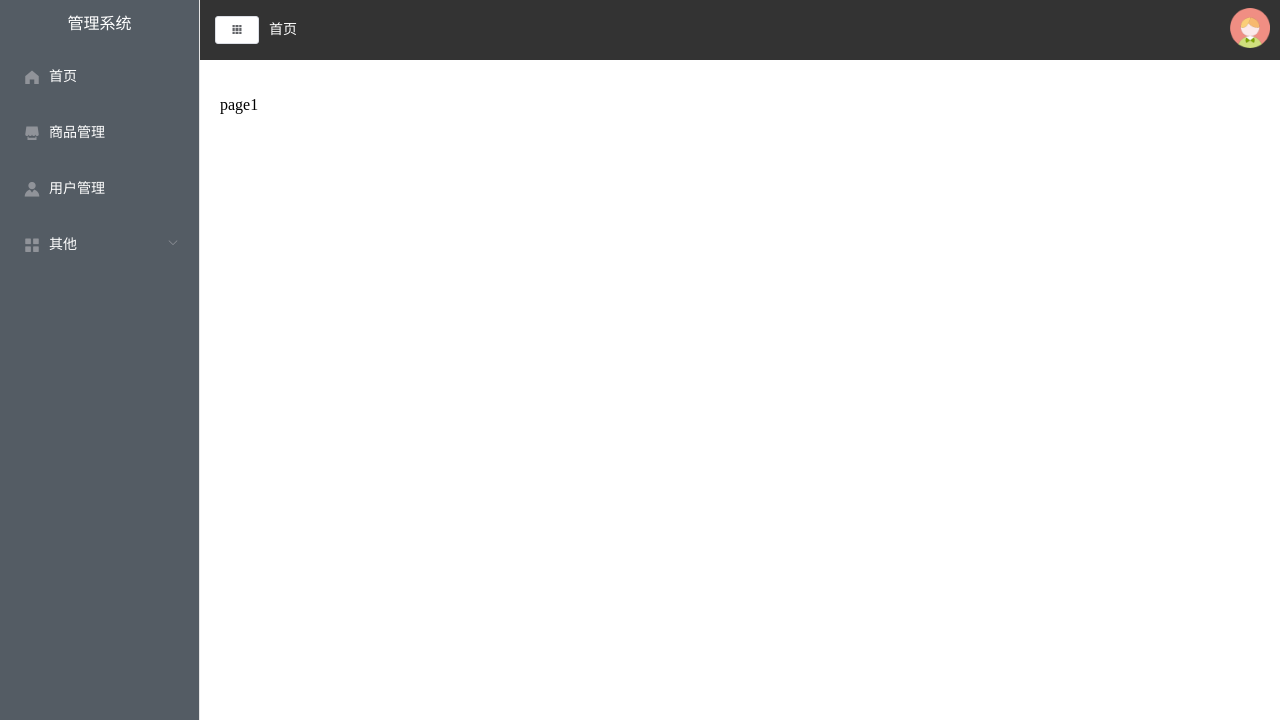
Repository: tkqi/manage
Page: /#/page1
An editor plug-in stored every save of this project. The page is shown before and after a run of saves, followed by the edit.
The browser window is 1280 px wide. The pictures show the whole page.
The project was rebuilt for these pictures with package versions that can differ from the ones it lists, and the page was loaded fresh each time. Also part of the build but not shown: vue.config.js.

Above is the page before, as saved 2023-12-01 16:13:37.

### src/main.js
import Vue from 'vue'
import App from './App.vue'
import router from './router'
import store from './store'
import ElementUI from 'element-ui';
import 'element-ui/lib/theme-chalk/index.css';

Vue.config.productionTip = false
Vue.use(ElementUI);

new Vue({
  router,
  store,
  render: h => h(App)
}).$mount('#app')

### src/App.vue
<template>
  <div id="app">
    <!-- 路由出口 -->
    <router-view />
  </div>
</template>

<script>
export default {
  name: 'App'
}
</script>

<style lang="less">
html,
body,
h3 {
  margin: 0;
  padding: 0;
}
</style>

### src/router/index.js
import Vue from 'vue'
import VueRouter from 'vue-router'
import routes from './routes'
Vue.use(VueRouter)


const router = new VueRouter({
  routes: routes
})

// 暴露router实例
export default router

### src/router/routes.js
export default [
    // 主路由
    {
        path: '/',
        component: () => import('../views/Main.vue'),
        redirect:'/home',// 重定向
        // 子路由
        children: [
            {
                // 首页
                path: '/home',
                // 路由组件懒加载
                component: () => import('../views/Home.vue')
            },
            {
                // 用户管理
                path: '/user',
                component: () => import('../views/User.vue')
            },
            {
                // 商品管理
                path: '/mall',
                component: () => import('../views/Mall.vue')
            },
            {
                // 其他/页面1
                path: '/page1',
                component: () => import('../views/Page1.vue')
            },
            {
                // 其他/页面2
                path: '/page2',
                component: () => import('../views/Page2.vue')
            },
        ]
    },
    {
        path: '/home',
        // 路由组件懒加载
        component: () => import('../views/Home.vue')
    },
    {
        path: '/user',
        component: () => import('../views/User.vue')
    }
]

### src/views/Main.vue
<!-- eslint-disable vue/multi-word-component-names -->
<template>
    <div>
        <el-container>
            <el-aside width="200px">
                <sidebar />
            </el-aside>
            <el-container>
                <el-header><topbar/></el-header>
                <el-main><router-view /></el-main>
            </el-container>
        </el-container>

    </div>
</template>

<script>
import sidebar from '../components/sidebar.vue'
import topbar from '../components/topbar.vue';
export default {
    components: {
        sidebar,
        topbar
    }
}
</script>

<style lang="less" scoped>
.el-header {
    padding: 0;
    margin: 0;
}
</style>

### src/views/Page1.vue
<!-- eslint-disable vue/multi-word-component-names -->
<template>
    <div>
        <p>page1</p>
    </div>
</template>

<script>

</script>

### src/components/sidebar.vue
<!-- eslint-disable vue/multi-word-component-names -->
<template>
    <el-menu class="menu" @open="handleOpen" @close="handleClose" :collapse="isCollapse" background-color="#545c64"
        text-color="#fff" active-text-color="#ffd04b" collapse-transition="true" unique-opened="true">
        <h3>管理系统</h3>
        <el-menu-item v-for="item in noChildren" :key="item.name" :index="item.name" @click="clickMenu(item)">
            <i :class="`el-icon-${item.icon}`"></i>
            <span slot="title">{{ item.label }}</span>
        </el-menu-item>
        <el-submenu v-for="item in hasChildren" :key="item.label" :index="item.label">
            <template slot="title">
                <i :class="`el-icon-${item.icon}`"></i>
                <span slot="title">{{ item.label }}</span>
            </template>
            <el-menu-item-group v-for="subitem in item.children" :key="subitem.name">
                <el-menu-item :index="subitem.name" @click="clickSubmenu(subitem)">
                    <!-- <template slot="title"> -->
                    <i :class="`el-icon-${subitem.icon}`"></i>
                    <span slot="title">{{ subitem.name }}</span>
                    <!-- </template> -->
                </el-menu-item>
            </el-menu-item-group>
        </el-submenu>
    </el-menu>
</template>

<script>
export default {
    computed: {
        // 无子菜单
        noChildren() {
            return this.menuData.filter(o => !o.children);
        },
        // 有子菜单
        hasChildren() {
            return this.menuData.filter(o => o.children);
        }
    },
    data() {
        return {
            isCollapse: false,
            menuData: [
                {
                    path: '/',
                    name: 'home',
                    label: "首页",
                    icon: 's-home',
                    url: 'Home/Home'
                },
                {
                    path: '/mall',
                    name: 'mall',
                    label: "商品管理",
                    icon: 's-shop',
                    url: 'MallManage/MallManage'
                },
                {
                    path: '/user',
                    name: 'user',
                    label: "用户管理",
                    icon: 's-custom',
                    url: 'UserManage/UserManage'
                },
                {
                    label: '其他',
                    icon: 'menu',
                    children: [
                        {
                            path: '/page1',
                            name: 'page1',
                            label: "页面1",
                            icon: 's-claim',
                            url: 'Other/PageOne'
                        },
                        {
                            path: '/page2',
                            name: 'page2',
                            label: "页面2",
                            icon: 's-claim',
                            url: 'Other/PageTwo'
                        },
                    ]
                }
            ]
        };
    },
    methods: {
        handleOpen(key, keyPath) {
            console.log(key, keyPath);
        },
        handleClose(key, keyPath) {
            console.log(key, keyPath);
        },
        clickMenu(item) {
            console.log(this.$router.currentRoute.path);
            // 判断当前路由于点击链接的路由不一致才跳转
            if (item.path != this.$route.path && !(this.$route.path == '/home' && item.path=='/'))
                this.$router.push(item.path);
        },
        clickSubmenu(subitem) {
            // 判断当前路由于点击链接的路由不一致才跳转
            if (subitem.path != this.$route.path)
                this.$router.push(subitem.path);
        }
    }
}
</script>

<style lang="less" scoped>
.el-menu-vertical-demo:not(.el-menu--collapse) {
    width: 200px;
    min-height: 400px;
}

.menu {
    height: 100vh;

    h3 {
        color: rgb(255, 255, 255);
        text-align: center;
        line-height: 48px;
        font-size: 16px;
        font-weight: 400;
    }
}
</style>

### src/components/topbar.vue
<!-- eslint-disable vue/multi-word-component-names -->
<template>
    <div class="head-container">
        <div class="l-content">
            <el-button icon="el-icon-s-grid" size="mini" />
            <!-- 面包屑 -->
            <span class="text">首页</span>
        </div>
        <div class="r-content">
            <el-dropdown>
                <span class="el-dropdown-link">
                    <img class="img" src="../assets/img/user-default.png" alt="">
                </span>
                <el-dropdown-menu slot="dropdown">
                    <el-dropdown-item>黄金糕</el-dropdown-item>
                    <el-dropdown-item>狮子头</el-dropdown-item>
                    <el-dropdown-item>螺蛳粉</el-dropdown-item>
                    <el-dropdown-item disabled>双皮奶</el-dropdown-item>
                    <el-dropdown-item divided>蚵仔煎</el-dropdown-item>
                </el-dropdown-menu>
            </el-dropdown>
        </div>
    </div>
</template>

<script>
export default {

}
</script>

<style lang="less" scoped>
.head-container {
    background-color: #333;
    height: 60px;
    display: flex;
    justify-content: space-between;
    align-items: center;
    padding-left: 15px;
    padding-right: 10px;
}

// .l-content {
//     padding-left: 15px;
// }

.r-content {}

.text {
    color: white;
    font-size: 14px;
    padding-left: 10px;
}

.img{
    height: 40px;
    width: 40px;
    border-radius: 10px;
}
</style>

Loaded but not shown: public/index.html (common file); src/store/index.js (common file)

After the next 3 saves:
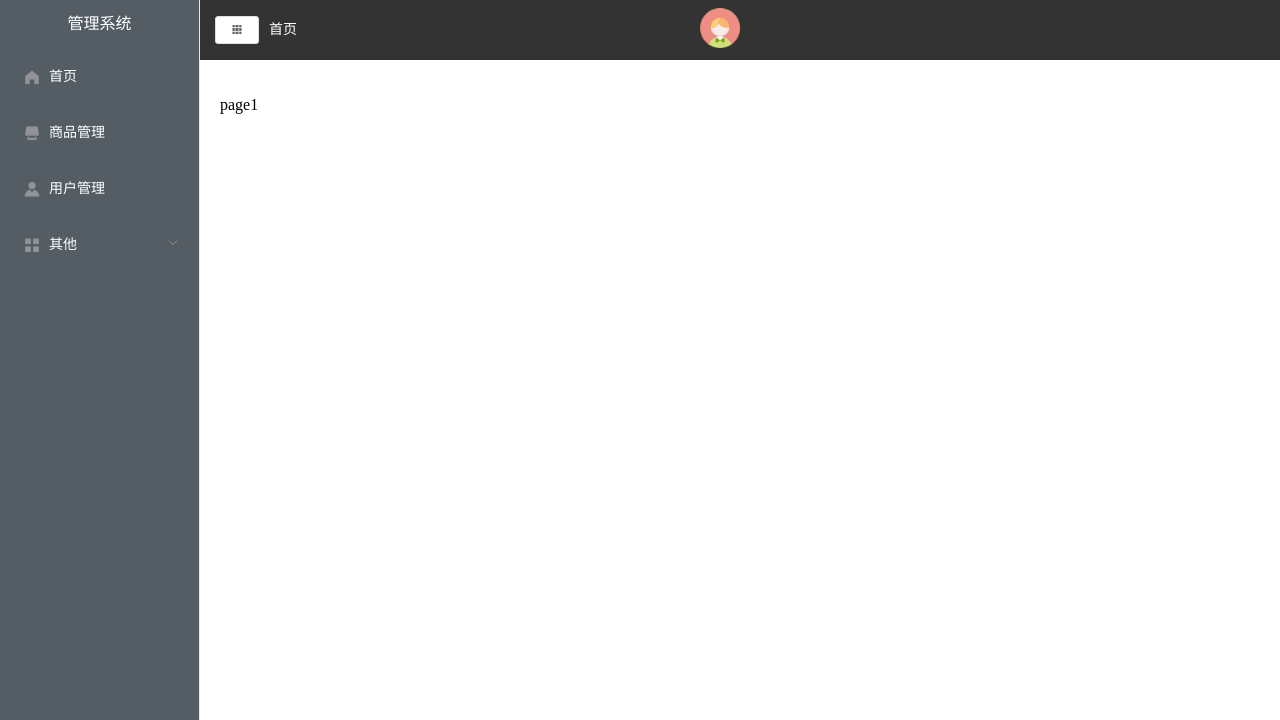
The 3 saves are shown as one change because they came seconds apart.
The last was saved 37 s later.
--- a/src/components/topbar.vue
+++ b/src/components/topbar.vue
@@ -37,7 +37,7 @@
     justify-content: space-between;
     align-items: center;
     padding-left: 15px;
-    padding-right: 10px;
+    padding-right: 50%;
 }
 
 // .l-content {
@@ -52,7 +52,7 @@
     padding-left: 10px;
 }
 
-.img{
+.img {
     height: 40px;
     width: 40px;
     border-radius: 10px;

After the save that followed:
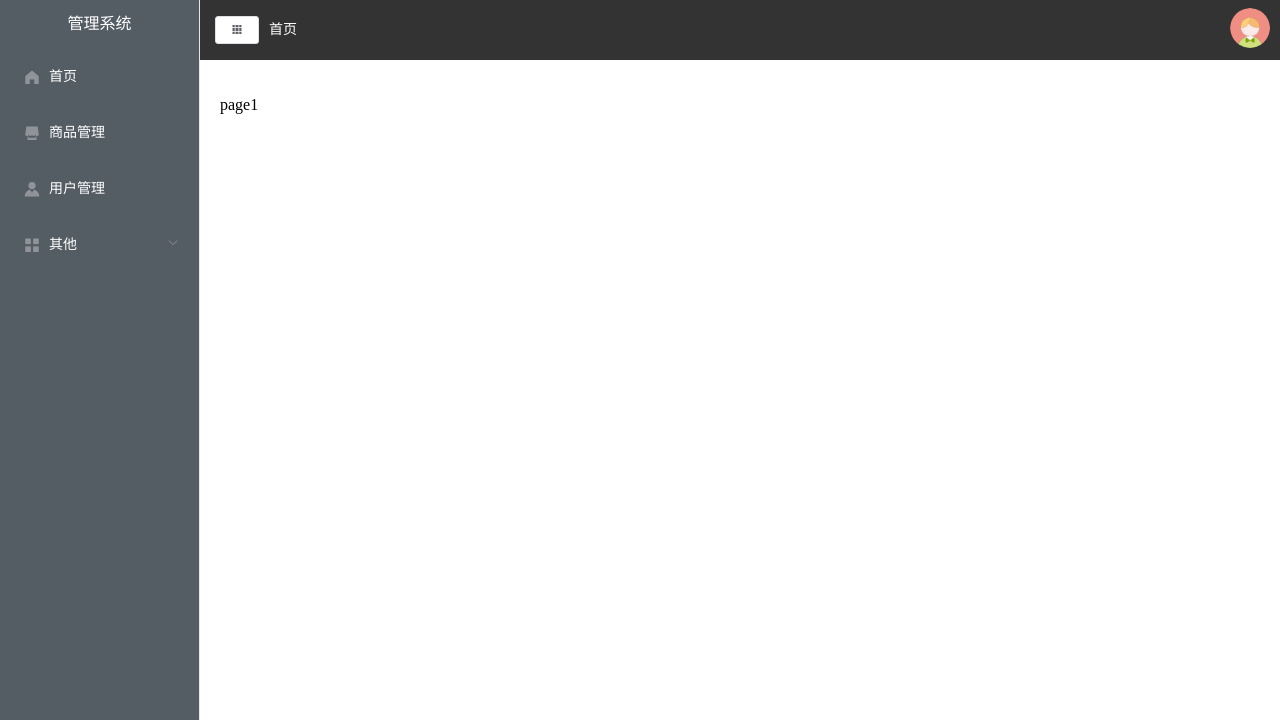
Saved 17 s later.
--- a/src/components/topbar.vue
+++ b/src/components/topbar.vue
@@ -37,7 +37,7 @@
     justify-content: space-between;
     align-items: center;
     padding-left: 15px;
-    padding-right: 50%;
+    padding-right: 10px;
 }
 
 // .l-content {
@@ -52,9 +52,9 @@
     padding-left: 10px;
 }
 
-.img {
+.img{
     height: 40px;
     width: 40px;
-    border-radius: 10px;
+    border-radius: 50%;
 }
 </style>
